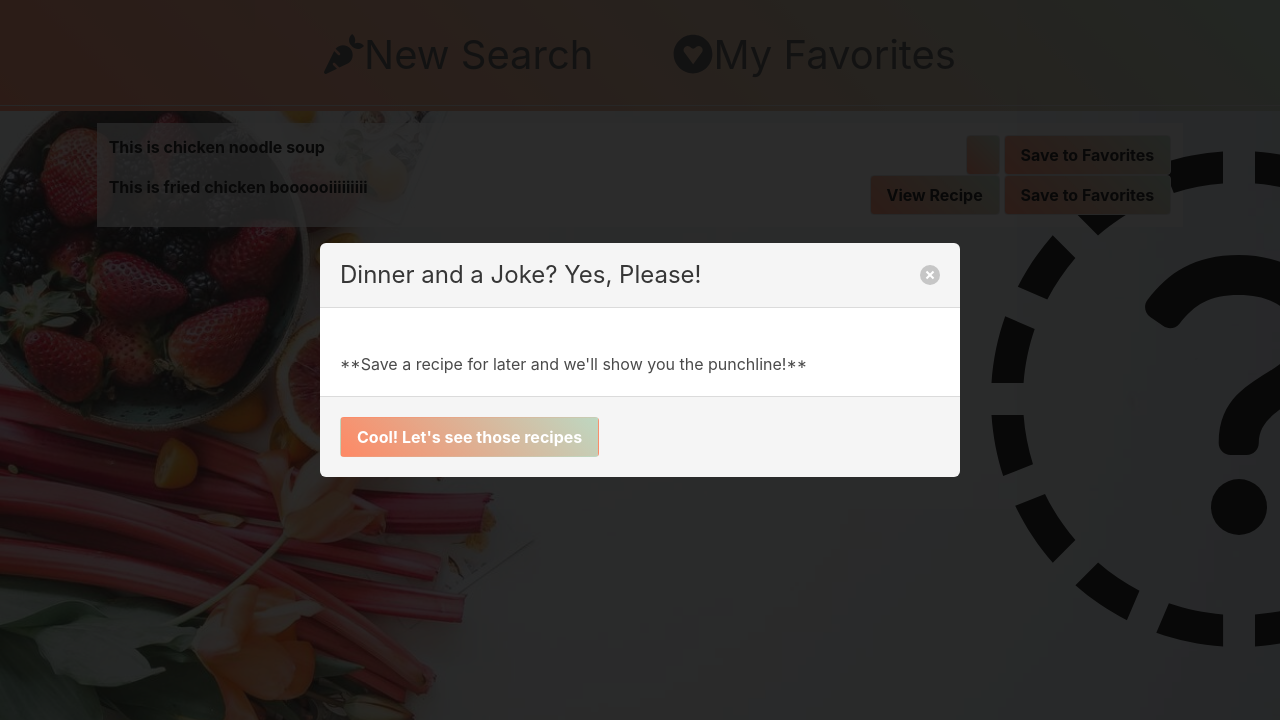
Repository: puakehaulani/the-hungry-app-proj1
Page: results.html
An editor plug-in stored every save of this project. The page is shown before and after the next save, followed by the edit.
The browser window is 1280 px wide. The pictures show the window.
The page's requests for data from a server got no answer. A layer covers the whole window, so only the first screen is drawn. Some web libraries are served in a nearby version.

Above is the page before, as saved 2020-10-17 19:13:11.

After the next save:
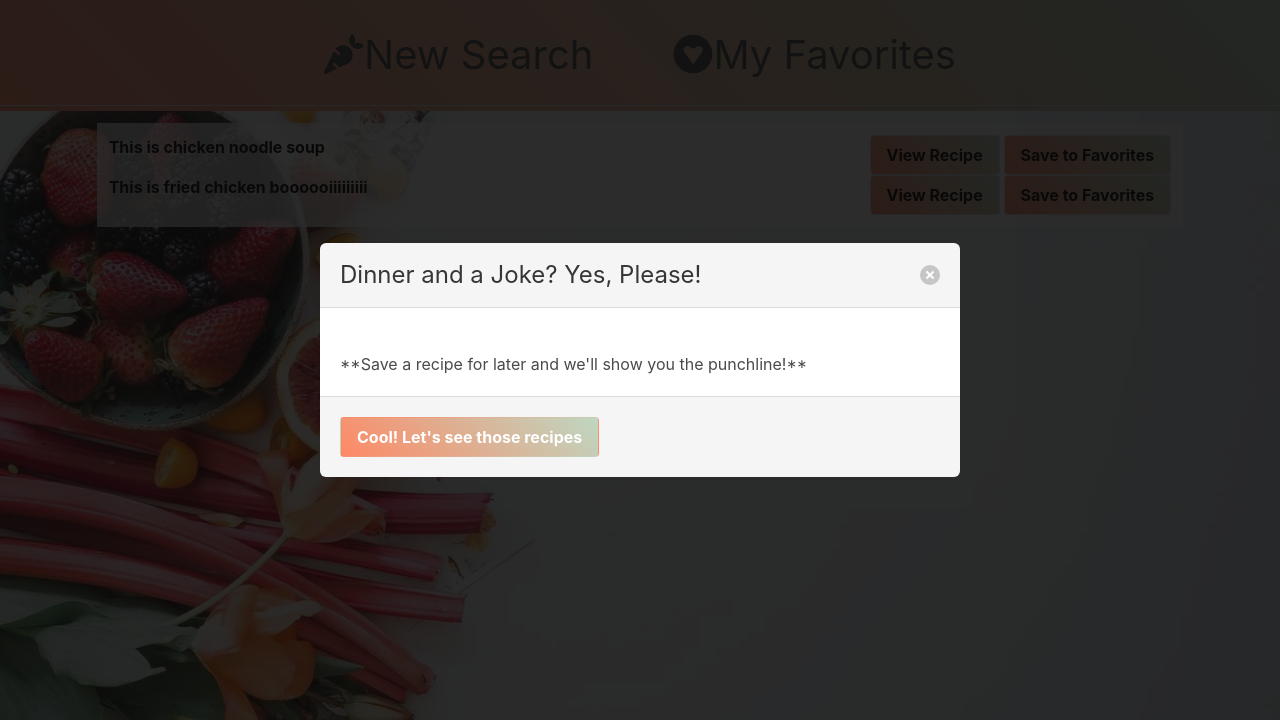
Saved 21 s later.
--- a/results.html
+++ b/results.html
@@ -38,7 +38,7 @@
                 <li>
                     This is chicken noodle soup
                     <div>
-                    <a href="" class="button is-inverted is-outlined fas fa-carrot">View Recipe</a>
+                    <a href="" class="button is-inverted is-outlined">View Recipe</a>
                     <button class="button saveBtn is-inverted is-outlined">Save to Favorites</button>
                     </div>
                 </li>
